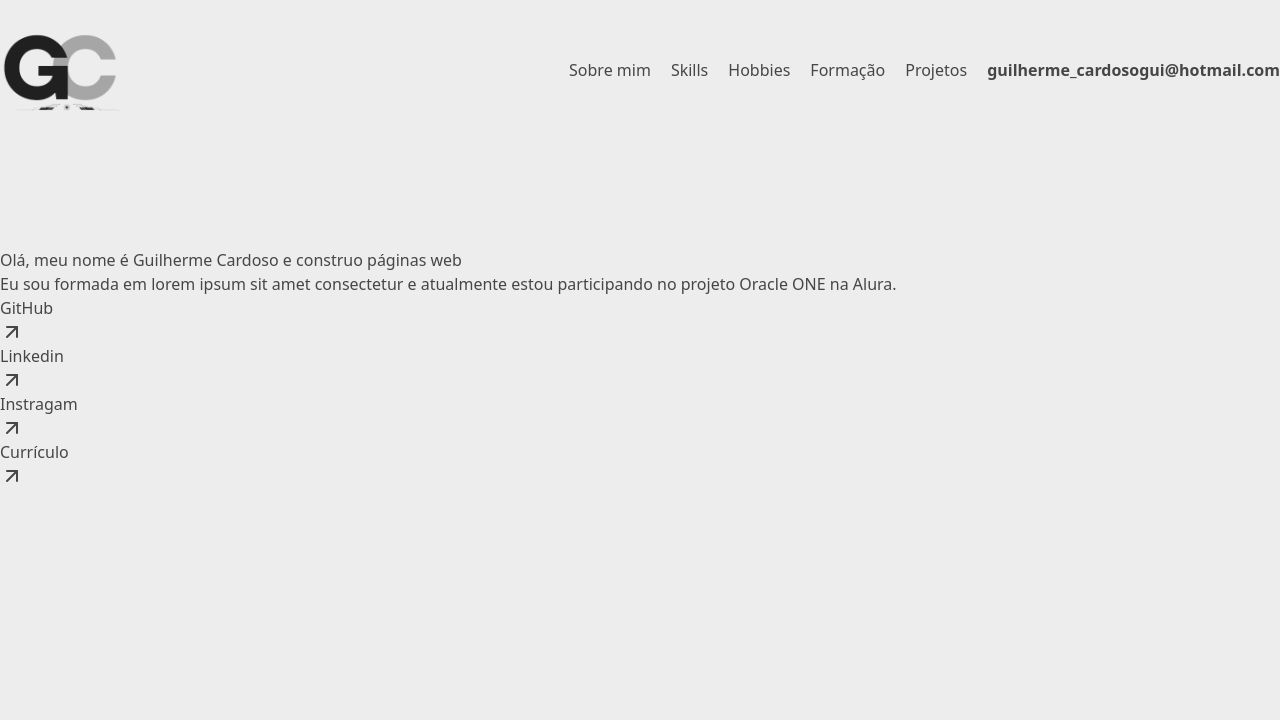
Repository: guilhermecardoso93/portfolio-alura-desafio
Page: /
These files come from the project's save history. The page is drawn as it stood at one moment and after the next save; the edit follows.
The browser window is 1280 px wide. The pictures show the whole page.
The project was rebuilt for these pictures with package versions that can differ from the ones it lists, and the page was loaded fresh each time. Also part of the build but not shown: vite.config.js.

Above is the page before, as saved 2024-04-06 20:02:40.

### index.html
<!DOCTYPE html>
<html lang="en">
  <head>
    <meta charset="UTF-8" />
    <link rel="icon" type="image/png" href="/logo.png" />
    <meta name="viewport" content="width=device-width, initial-scale=1.0" />
    <title>Alura Desafio</title>
  </head>
  <body class="bg-[#EDEDED] text-[#464646] antialiased">
    <div id="root"></div>
    <script type="module" src="/src/main.jsx"></script>
  </body>
</html>

### src/App.jsx
import { Hero } from "./components/hero";
import { Navbar } from "./components/navbar";

export function App() {
  return (
    <div className="max-w-[1416px] mx-auto py-5">
      <Navbar />
      <Hero />
    </div>
  );
}

### src/components/hero.jsx
import { ArrowUpRight } from 'lucide-react';

export function Hero() {
  return (
    <main className='py-32'>
      <h1 className='size-700'>Olá, meu nome é Guilherme Cardoso e construo páginas web</h1>
      <span>
        Eu sou formada em lorem ipsum sit amet consectetur e atualmente estou
        participando no projeto Oracle ONE na Alura.
      </span>
      <ul>
        <li>
          <a>
            GitHub
            <ArrowUpRight />
          </a>
        </li>
        <li>
          <a>
            Linkedin
            <ArrowUpRight />
          </a>
        </li>
        <li>
          <a>
            Instragam
            <ArrowUpRight />
          </a>
        </li>
        <li>
          <a>
            Currículo
            <ArrowUpRight />
          </a>
        </li>
      </ul>
    </main>
  );
}

### src/components/navbar.jsx
import Logo from "../assets/logo.png";

export function Navbar() {
  return (
    <nav className="w-full flex flex-row justify-between itens-center">
      <img src={Logo} alt="logotipo GC" className="w-[120px] h-[100px]" />
      <ul className="flex items-center gap-5">
        <li>
          <a href="/">Sobre mim</a>
        </li>
        <li>
          <a href="/">Skills</a>
        </li>
        <li>
          <a href="/">Hobbies</a>
        </li>
        <li>
          <a href="/">Formação</a>
        </li>
        <li>
          <a href="/">Projetos</a>
        </li>
        <li className="font-bold">
          <a href="/">guilherme_cardosogui@hotmail.com</a>
        </li>
      </ul>
    </nav>
  );
}

Loaded but not shown: src/main.jsx (common file); src/index.css (common file); tailwind.config.js (common file)

After the next save:
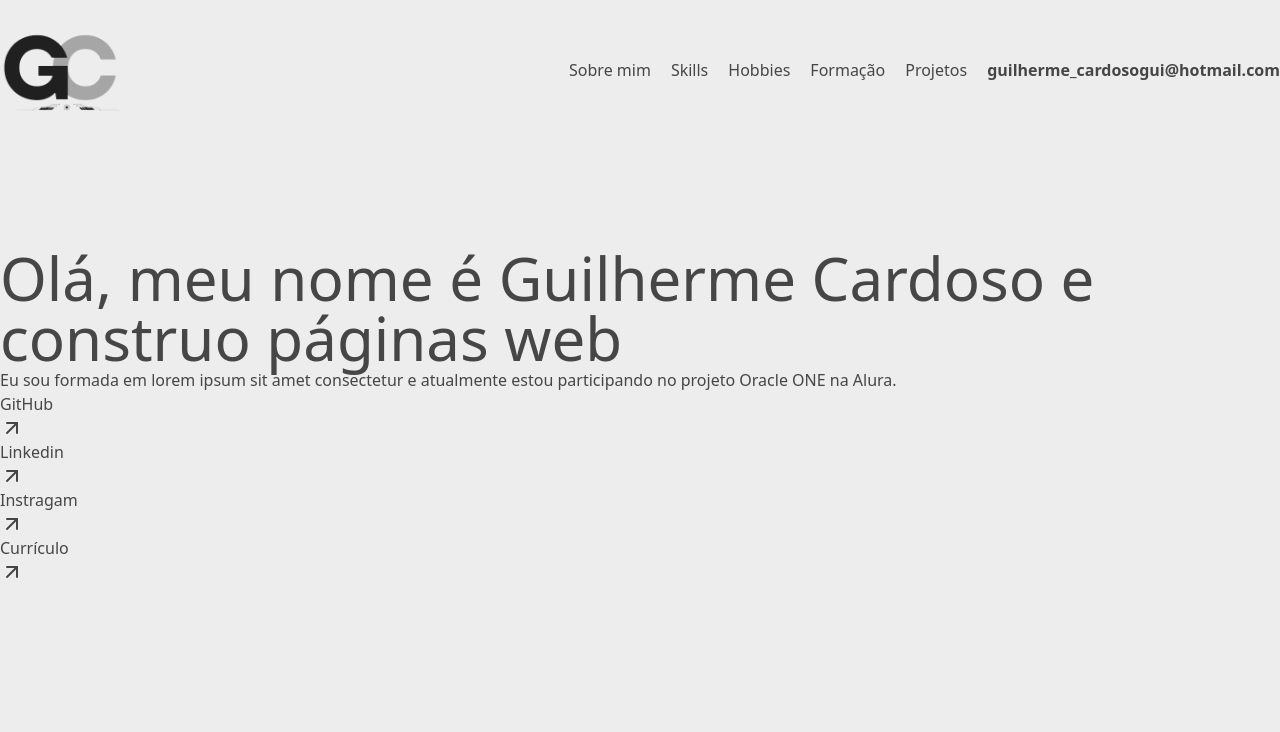
Saved 38 s later.
--- a/src/components/hero.jsx
+++ b/src/components/hero.jsx
@@ -3,7 +3,7 @@
 export function Hero() {
   return (
     <main className='py-32'>
-      <h1 className='size-700'>Olá, meu nome é Guilherme Cardoso e construo páginas web</h1>
+      <h1 className='text-6xl'>Olá, meu nome é Guilherme Cardoso e construo páginas web</h1>
       <span>
         Eu sou formada em lorem ipsum sit amet consectetur e atualmente estou
         participando no projeto Oracle ONE na Alura.
